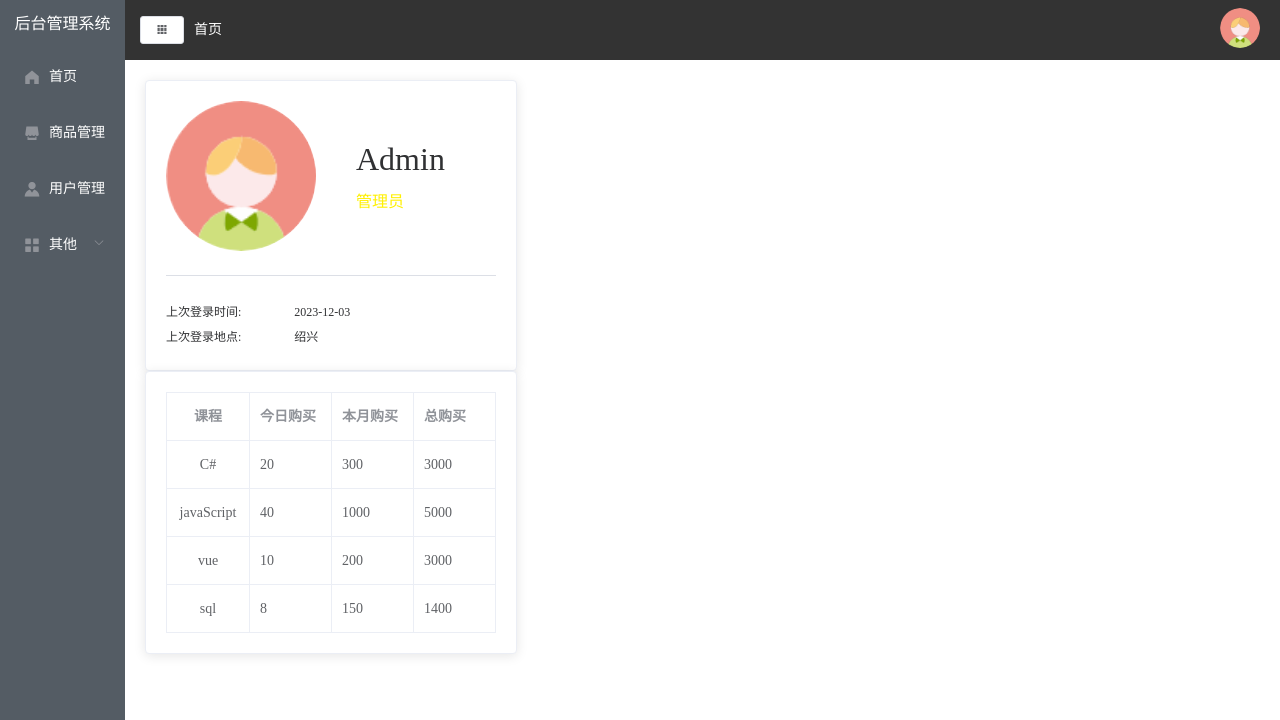
Repository: tkqi/manage
Page: /
The author's editor kept a copy of each file at every save. The page is drawn from the files as they stood at one save, then again after the next save.
The browser window is 1280 px wide. The pictures show the whole page.
The project was rebuilt for these pictures with package versions that can differ from the ones it lists, and the page was loaded fresh each time. Also part of the build but not shown: vue.config.js.

Above is the page before, as saved 2023-12-03 16:47:04.

After the next save:
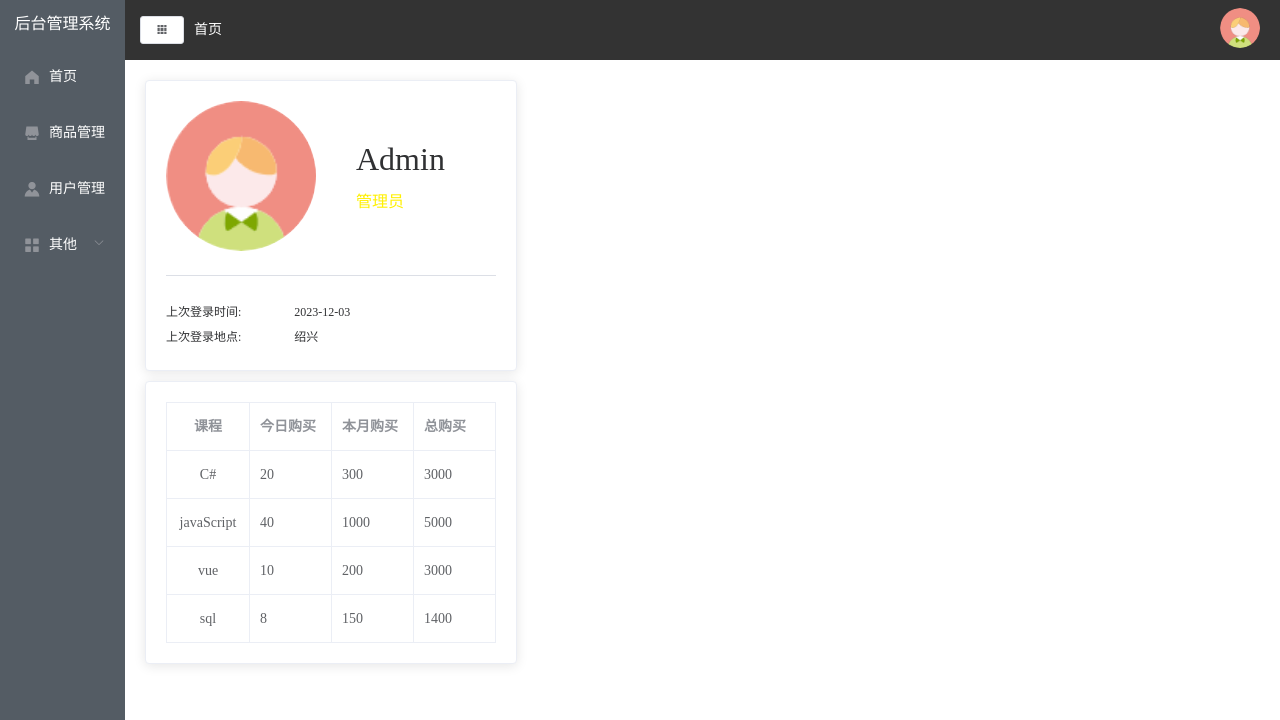
Saved 104 s later.
--- a/src/views/Home.vue
+++ b/src/views/Home.vue
@@ -17,7 +17,7 @@
                         <p>上次登录地点: <span>绍兴</span></p>
                     </div>
                 </el-card>
-                <el-card>
+                <el-card class="table">
                     <el-table :data="tableData" border style="width: 100%">
                         <el-table-column prop="course" label="课程" min-width="30" :width="auto" align="center">
                         </el-table-column>
@@ -108,4 +108,8 @@ export default {
         }
     }
 }
+
+.table{
+    margin-top: 10px;
+}
 </style>
